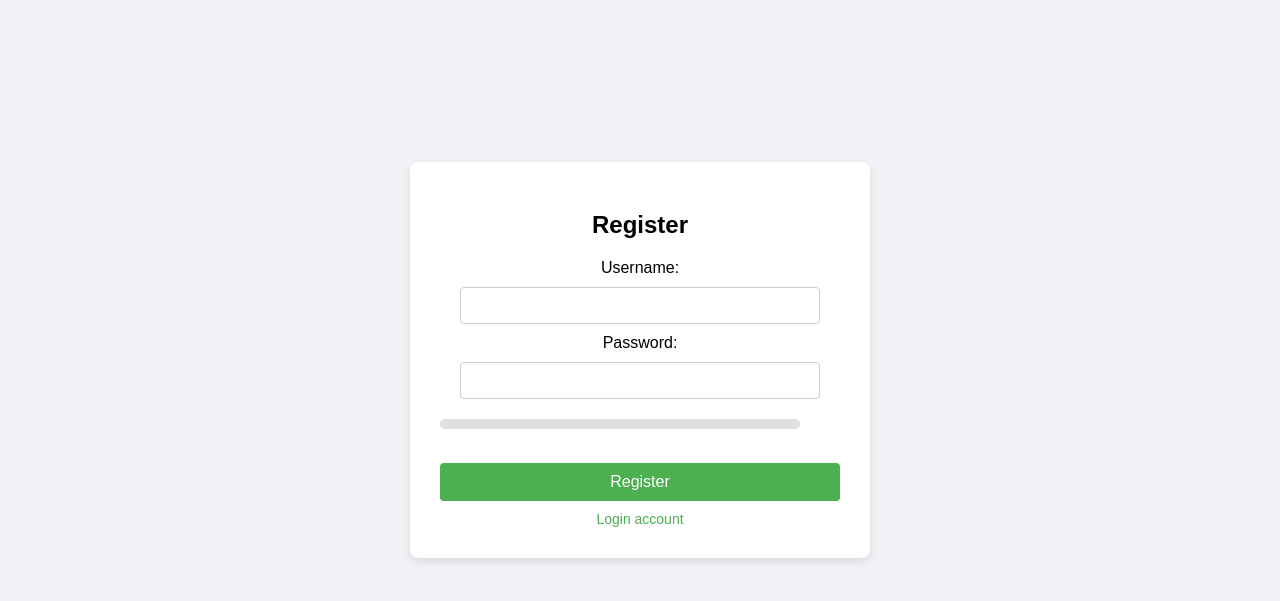
Repository: wolvicjohn/argon2
Page: http://localhost/register.php
The author's editor kept a copy of each file at every save. The page is drawn from the files as they stood at one save, then again after the next save.
The browser window is 1280 px wide. The pictures show the whole page.
The page is run by PHP 8.4 with error messages shown; the project is at /var/www/html/.

Above is the page before, as saved 2024-10-18 01:17:54.

### register.php
<?php
// Database connection
$host = 'localhost';
$db = 'argon2_auth';
$user = 'root';  // or your DB username
$pass = '';      // or your DB password

$dsn = "mysql:host=$host;dbname=$db;charset=utf8mb4";
$options = [
    PDO::ATTR_ERRMODE => PDO::ERRMODE_EXCEPTION,
    PDO::ATTR_DEFAULT_FETCH_MODE => PDO::FETCH_ASSOC,
];

try {
    $pdo = new PDO($dsn, $user, $pass, $options);
} catch (PDOException $e) {
    die("Database connection failed: " . $e->getMessage());
}

if ($_SERVER['REQUEST_METHOD'] === 'POST') {
    $username = $_POST['username'];
    $password = $_POST['password'];

    // Check if the username is already taken
    $stmt = $pdo->prepare('SELECT id FROM users WHERE username = ?');
    $stmt->execute([$username]);
    if ($stmt->fetch()) {
        die('Username is already taken');
    }

    // Hash the password using Argon2
    $passwordHash = password_hash($password, PASSWORD_ARGON2ID);

    // Insert the new user into the database
    $stmt = $pdo->prepare('INSERT INTO users (username, password_hash) VALUES (?, ?)');
    $stmt->execute([$username, $passwordHash]);

    echo "User registered successfully!";
}
?>

<!DOCTYPE html>
<html lang="en">

<head>
    <meta charset="UTF-8">
    <title>Register</title>
    <link rel="stylesheet" href="styles.css">
</head>

<body>

    <div class="container">
        <h2>Register</h2>
        <form action="register.php" method="POST">
            <label for="username">Username:</label><br>
            <input type="text" name="username" id="username" required><br>

            <label for="password">Password:</label><br>
            <input type="password" name="password" id="password" required><br>

            <div class="password-strength">
                <div class="strength-bar" id="strength-bar"></div>
            </div>
            <p id="strength-text"></p><br>

            <button type="submit">Register</button>
            <a href="login.php" class="button">Login account</a>
        </form>
    </div>

    <script>
        const passwordInput = document.getElementById('password');
        const strengthBar = document.getElementById('strength-bar');
        const strengthText = document.getElementById('strength-text');

        passwordInput.addEventListener('input', () => {
            const strength = calculateStrength(passwordInput.value);
            updateStrengthMeter(strength);
        });

        function calculateStrength(password) {
            let strength = 0;

            if (password.length >= 8) strength++;
            if (/[A-Z]/.test(password)) strength++;
            if (/[a-z]/.test(password)) strength++;
            if (/[0-9]/.test(password)) strength++;
            if (/[^A-Za-z0-9]/.test(password)) strength++;

            return strength;
        }

        function updateStrengthMeter(strength) {
            strengthBar.className = '';

            if (strength <= 1) {
                strengthBar.style.width = '20%';
                strengthBar.classList.add('strength-weak');
                strengthText.textContent = 'Weak';
            } else if (strength <= 3) {
                strengthBar.style.width = '60%';
                strengthBar.classList.add('strength-medium');
                strengthText.textContent = 'Medium';
            } else {
                strengthBar.style.width = '100%';
                strengthBar.classList.add('strength-strong');
                strengthText.textContent = 'Strong';
            }
        }
    </script>
</body>

</html>

### styles.css
/* styles.css */

/* Global Styling */
body {
    font-family: 'Arial', sans-serif;
    background-color: #f0f2f5;
    margin: 0;
    padding: 0;
    display: flex;
    justify-content: center;
    align-items: center;
    height: 100vh;
}

.container {
    background-color: white;
    padding: 30px;
    border-radius: 8px;
    box-shadow: 0 4px 8px rgba(0, 0, 0, 0.1);
    width: 400px;
    text-align: center;
}

h2 {
    margin-bottom: 20px;
}

input {
    margin: 10px 0;
    padding: 10px;
    width: 90%;
    border: 1px solid #ccc;
    border-radius: 4px;
    box-sizing: border-box;
}

button {
    width: 100%;
    padding: 10px;
    background-color: #4CAF50;
    color: white;
    border: none;
    border-radius: 4px;
    cursor: pointer;
    font-size: 16px;
}

button:hover {
    background-color: #45a049;
}

a.button {
    display: inline-block;
    margin-top: 10px;
    text-decoration: none;
    color: #4CAF50;
    font-size: 14px;
}

a.button:hover {
    text-decoration: underline;
}

/* Password Strength Meter */
.password-strength {
    margin-top: 10px;
    height: 10px;
    width: 90%;
    background-color: #e0e0e0;
    border-radius: 5px;
    overflow: hidden;
}

.strength-bar {
    height: 100%;
    width: 0;
    transition: width 0.3s;
}

.strength-weak {
    background-color: red;
}

.strength-medium {
    background-color: orange;
}

.strength-strong {
    background-color: green;
}

After the next save:
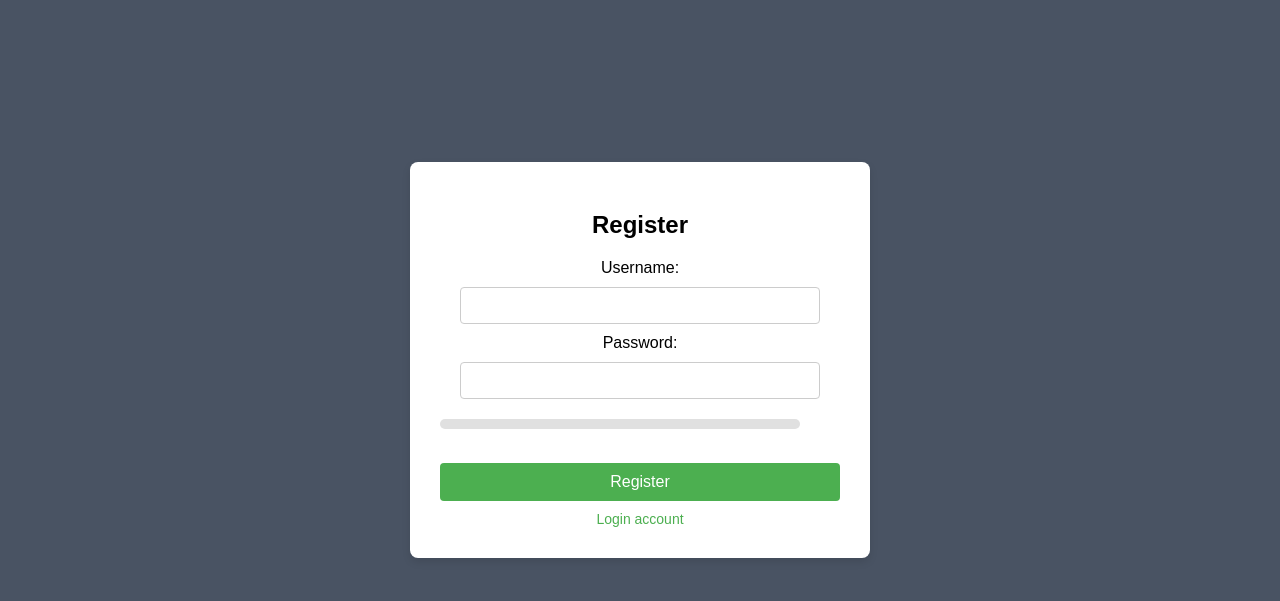
Saved 34 s later.
--- a/styles.css
+++ b/styles.css
@@ -3,7 +3,7 @@
 /* Global Styling */
 body {
     font-family: 'Arial', sans-serif;
-    background-color: #f0f2f5;
+    background-color: #495363;
     margin: 0;
     padding: 0;
     display: flex;
